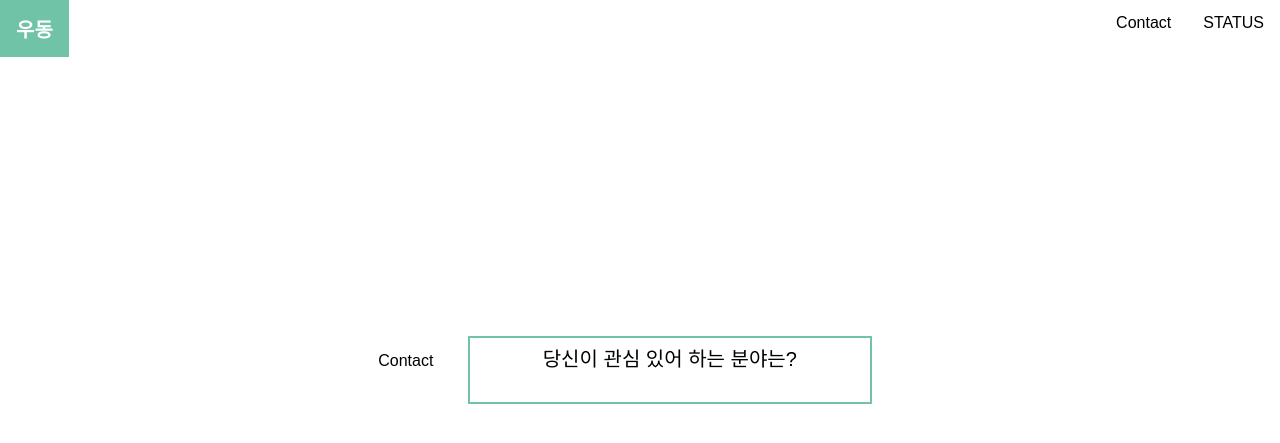
Repository: charmingjae/circles
Page: http://localhost/circles/root/contact.jsp
These files come from the project's save history. The page is drawn as it stood at one moment and after the next save; the edit follows.
The browser window is 1280 px wide. The pictures show the whole page.
Some web fonts or font styles are not loaded; a fallback is used. The page is served by Tomcat 9. Other server files are loaded and not shown.

Above is the page before, as saved 2020-07-09 14:53:37.

### circles/WebContent/root/contact.jsp
<%@ page language="java" contentType="text/html; charset=UTF-8"
    pageEncoding="UTF-8"%>
<!DOCTYPE html>
<html>
<head>
	<meta charset="UTF-8">
	<title>MOJUK</title>

	<!-- Link contact.css -->
	<link href="../css/contact.css" rel="stylesheet" type="text/css">
</head>
<body>
	<!-- include header -->
	<%@include file ="../navbar/navbar.jsp" %>

	<form onsubmit="return false;" action="wrInfo.jsp" class="container" method="post" name="frmStuNo">
		<div class="container">
			<span> Contact </span>
			<div class="main">
				<span id="showEtc"> 당신이 관심 있어 하는 분야는? </span>

			</div>
		</div>
	</form>
</body>
</html>

### circles/WebContent/navbar/navbar.jsp
<%@ page language="java" contentType="text/html; charset=UTF-8"
    pageEncoding="UTF-8"%>
<!DOCTYPE html>
<html>
<head>
<meta charset="UTF-8">
<title></title>

	<!-- Link navbar.css -->
	<link href="../css/navbar.css" rel="stylesheet" type="text/css">
</head>
	<%
		String getSession = (String)session.getAttribute("userID");
	%>
<body>
	<ul id="main-menu">
		<li class="headName" id="main-menu1"><a href="../root/index.jsp" class="headName">우동</a></li>
		<%
			if((getSession != null) && (getSession.isEmpty() == false)){
				%>
				<li style="float:right" id="main-menu2"><a class="active" href="../root/admPg.jsp"><%=getSession %>님 환영합니다.</a>
					<ul id="sub-menu">
						<li><a class="subAct" href="../mojuk/member.jsp">🍀동아리원🍀</a></li>
						<li><a class="subAct" href="../proc/logout.jsp">로그아웃</a></li>
					</ul>
				</li>
				<%
			}
			else{

				%>
				<li style="float:right"><a class="active" href="../root/status.jsp">STATUS</a></li>
				<%
			}
		%>
		<li style="float:right"><a class="active" href="../root/contact.jsp">Contact</a></li>
	</ul>
</body>
</html>

### circles/WebContent/css/contact.css
@charset "UTF-8";


@import url(https://cdn.jsdelivr.net/gh/moonspam/NanumSquare@1.0/nanumsquare.css);

body {
    font-family: 'NanumSquare', sans-serif;
}

/* Chrome, iex, fire-fox Settings */
input:-ms-input-placeholder {color:#a8a8a8;}
input::-webkit-input-placeholder{color:#a8a8a8;}
input::-moz-placeholder{columns: #a8a8a8;}

/* Head Comment */
/* 나중에 px단위를 가변 단위로 바꿀 수 있으면 좋겠다. :-) */

html,body{
	height: 100%;
}

body{
	display:table-cell;
	margin: 0 auto;
}

/* .container{
	height: 100%;
	display: table-cell;
	vertical-align: middle;
	text-align:center;
} */

.container{
	display:inline-block;
	width:100%;
	position:absolute;
	left:50%;
	top:50%;
	transform: translate(-50%, -50%);
	vertical-align: middle;
	text-align:center;
}


/* Contact 관련 css */
#head{
	font-size: 50px;
	font-weight: bold;
}


/* 학번 입력 div Settings */
div .main{
	margin-left: 30px;
	margin-right: 30px;
	display:inline-block;
    height:100%;
    width: 400px;
    border: 2px solid #70c3a7;
    background: #ffffff;
    margin-top: 20px;
}


#showEtc{
	font-size:20px;
	display:block;
	margin-top : 5px;
	margin-bottom: 30px;
}

### circles/WebContent/css/navbar.css
@charset "UTF-8";

@import url(https://cdn.jsdelivr.net/gh/moonspam/NanumSquare@1.0/nanumsquare.css);

body {
    font-family: 'NanumSquare', sans-serif;
}

ul{
	width:100%;
	list-style-type: none;
	margin: 0;
	padding: 0;
	background-color: #ffffff;
	position:fixed;
}

li {
	float:none;
}

a {

  display: inline-block;
  color: black;
  text-align: center;
  padding: 14px 16px;
  text-decoration: none;
}

/* Change the link color to #111 (black) on hover */
a:hover {
  background-color: #70c3a7;
  color:#ffffff;
}

li .headName{
	font-weight: bold;
}

#sub-menu{
	position:absolute;
	opacity: 0;
	visibility: hidden;
}

#main-menu1{
	font-size: 20px;
}

#main-menu1, #main-menu2{
	float:left;
}

#main-menu2:hover #sub-menu{
	opacity:1;
	visibility:visible;
}
.subAct{
	width:130px !important;
}

After the next save:
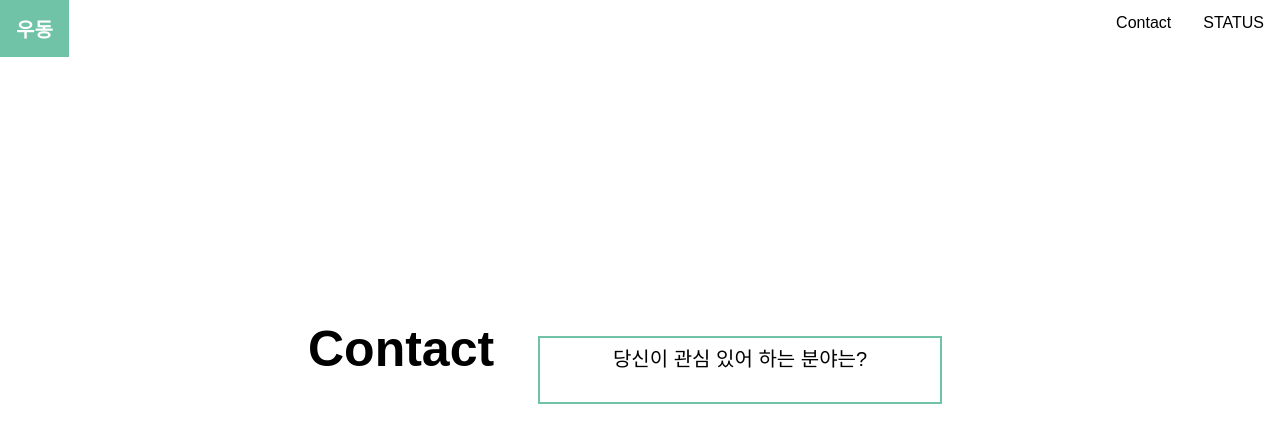
Saved 104 s later.
--- a/circles/WebContent/root/contact.jsp
+++ b/circles/WebContent/root/contact.jsp
@@ -15,7 +15,7 @@
 
 	<form onsubmit="return false;" action="wrInfo.jsp" class="container" method="post" name="frmStuNo">
 		<div class="container">
-			<span> Contact </span>
+			<span id="head"> Contact </span>
 			<div class="main">
 				<span id="showEtc"> 당신이 관심 있어 하는 분야는? </span>
 
